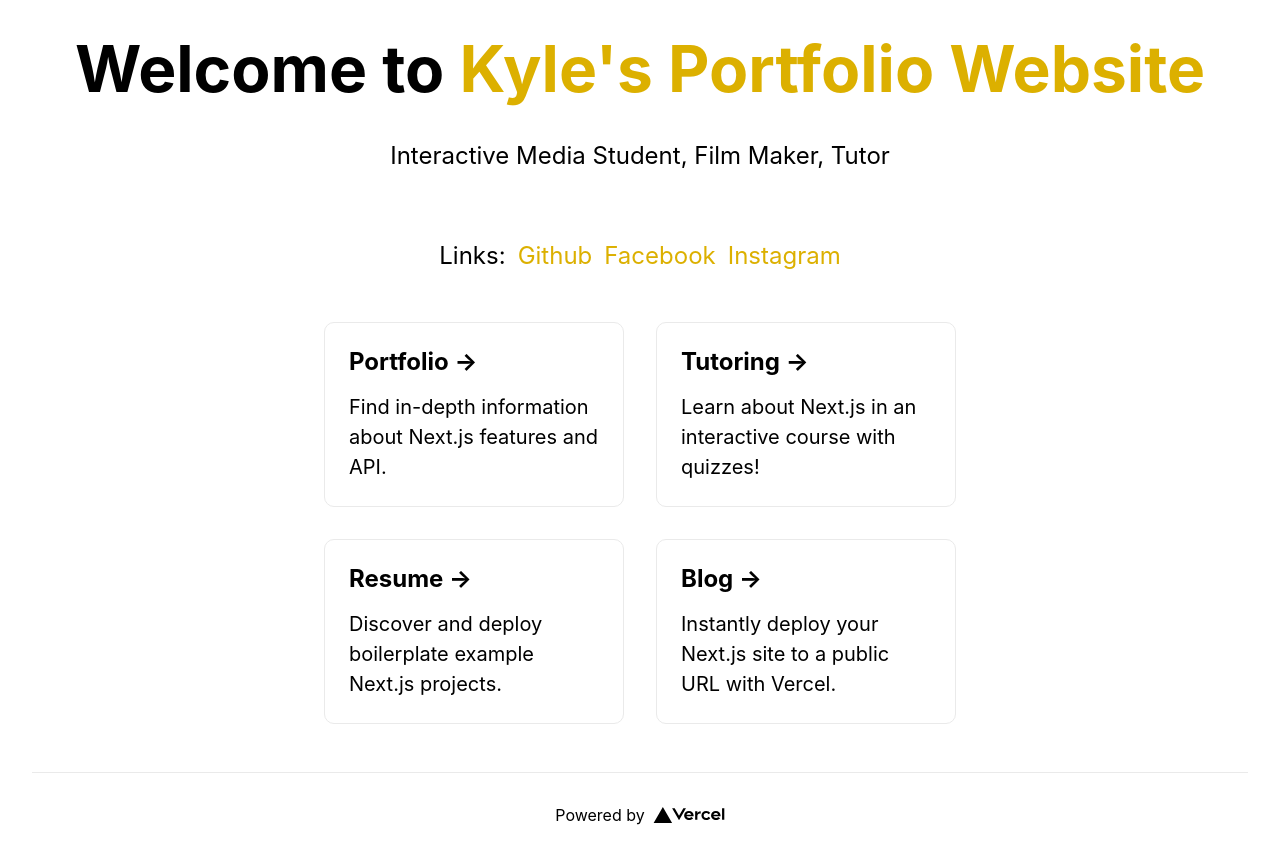
Repository: neomort/CL-portfolio-site
Page: /
These files come from the project's save history. The page is drawn as it stood at one moment and after the next save; the edit follows.
The browser window is 1280 px wide. The pictures show the whole page.
The project was rebuilt for these pictures with package versions that can differ from the ones it lists, and the page was loaded fresh each time. The framework's server and built-in components were replaced by stand-ins that run in the browser. Also part of the build but not shown: next.config.js.

Above is the page before, as saved 2021-12-14 14:31:00.

After the next save:
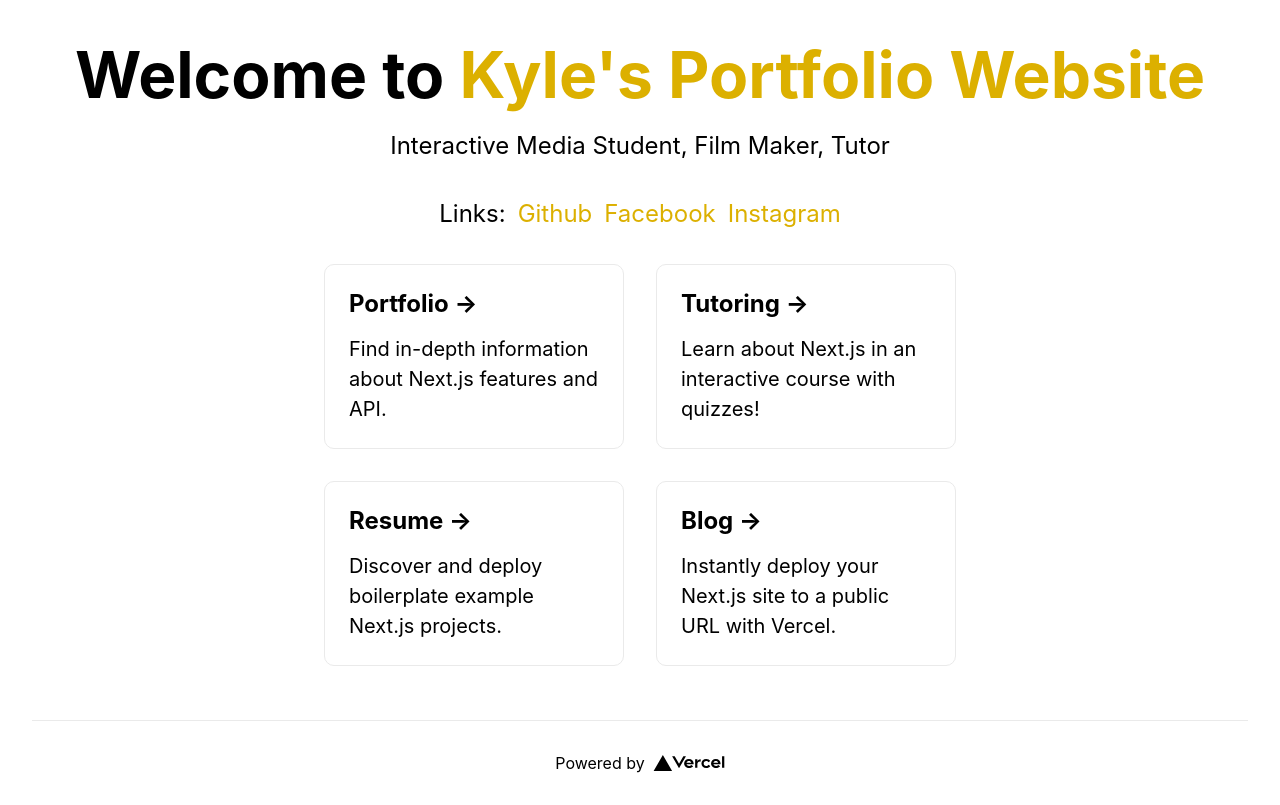
Saved 15 s later.
--- a/styles/Home.module.css
+++ b/styles/Home.module.css
@@ -51,7 +51,7 @@
 }
 
 .description {
-  margin: 2rem 0;
+  margin: 1rem 0;
   line-height: 1.5;
   font-size: 1.5rem;
 }
